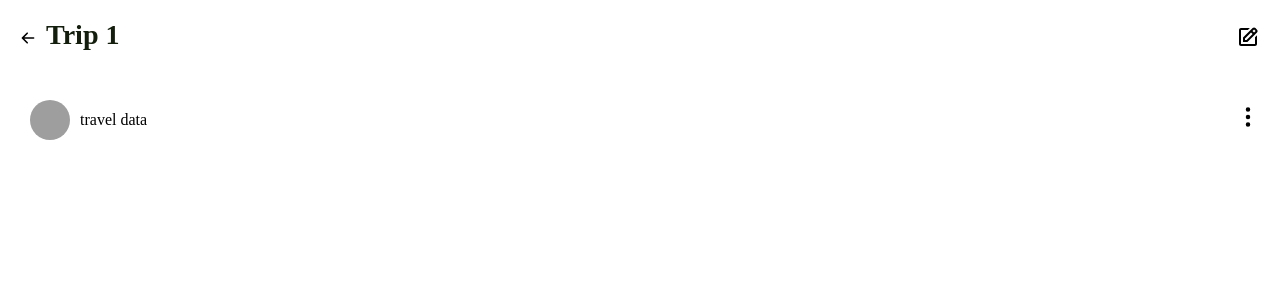
Repository: Abhi2359/PWA_Corider
Page: /
An editor plug-in stored every save of this project. The page is shown before and after a run of saves, followed by the edit.
The browser window is 1280 px wide. The pictures show the whole page.
Pictures or frames that could not be fetched are drawn as grey boxes. The page's requests for data from a server got no answer. The project was rebuilt for these pictures with package versions that can differ from the ones it lists, and the page was loaded fresh each time. No one was signed in, and anything a server would have sent is missing. Also part of the build but not shown: vite.config.js.

Above is the page before, as saved 2023-05-13 02:28:01.

After the next 3 saves:
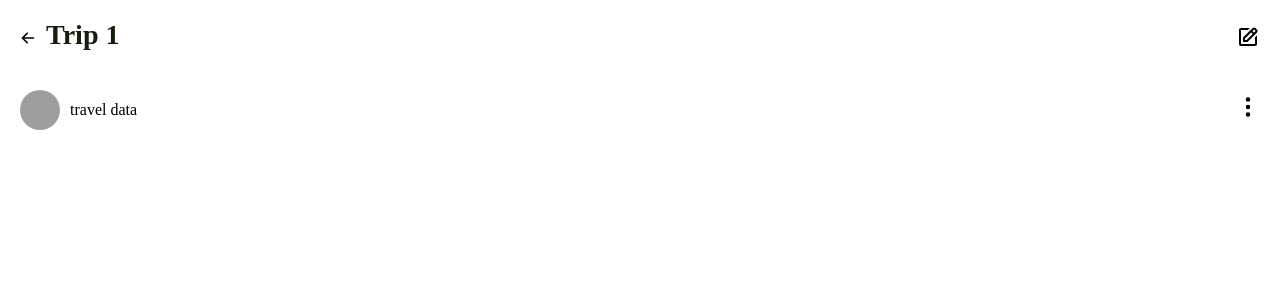
The 3 saves are shown as one change because they came seconds apart.
The last was saved 40 s later.
--- a/src/App.css
+++ b/src/App.css
@@ -50,7 +50,7 @@ color: #141E0D;
     height: 40px;
     border-radius: 50%;
     overflow: hidden;
-    margin: 10px;
+    margin-right: 10px;
   }
 
   .user_icon img {
